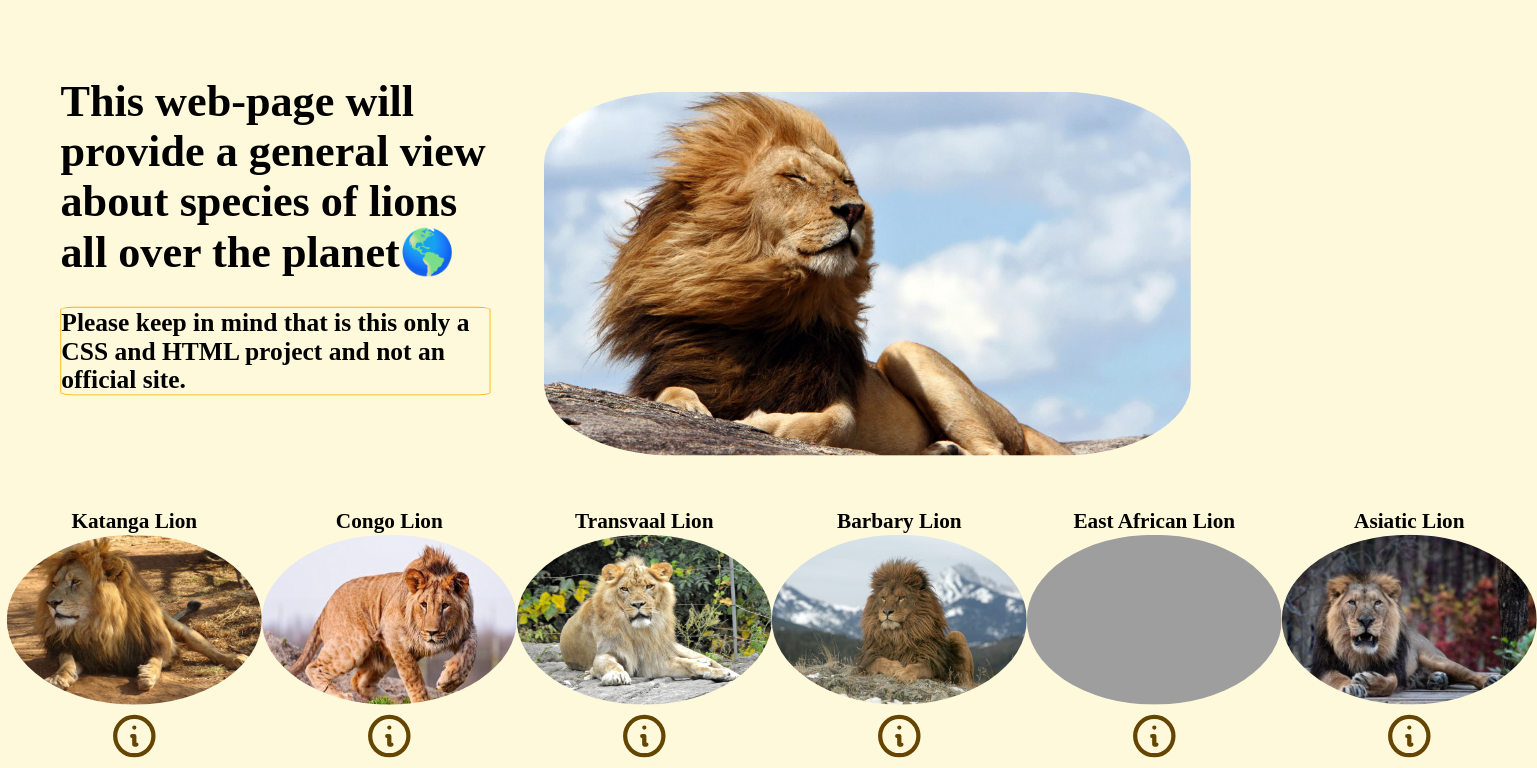
Repository: GeorgeManias/lions_project
Page: index.html
An editor plug-in stored every save of this project. The page is shown before and after the next save, followed by the edit.
The browser window is 1280 px wide. The page is 1808 px wide, so the pictures cover 1808 px, including what lies to the right of the window. The pictures show the whole page, at 85% of full size.
Pictures or frames that could not be fetched are drawn as grey boxes.

Above is the page before, as saved 2021-11-03 21:25:00.

After the next save:
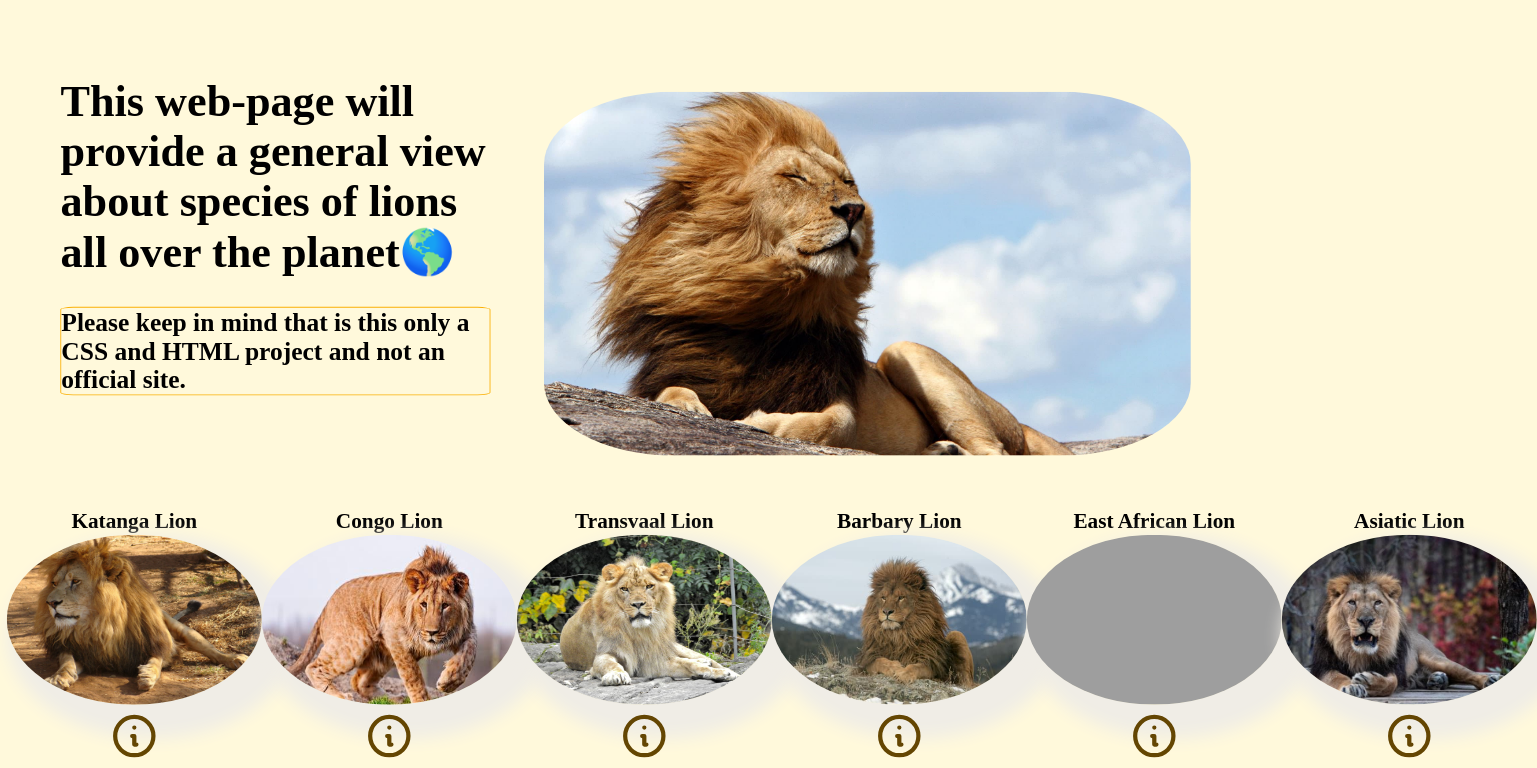
Saved 31 s later.
--- a/index.css
+++ b/index.css
@@ -110,7 +110,7 @@ header {
   width: 300px;
   height: 200px;
   border-radius: 50%;
-  box-shadow: 6% 6% 6% 6% #f0ede6;
+  box-shadow: 20px 20px 20px 20px #f0ede6;
 }
 
 .titles_6 {
